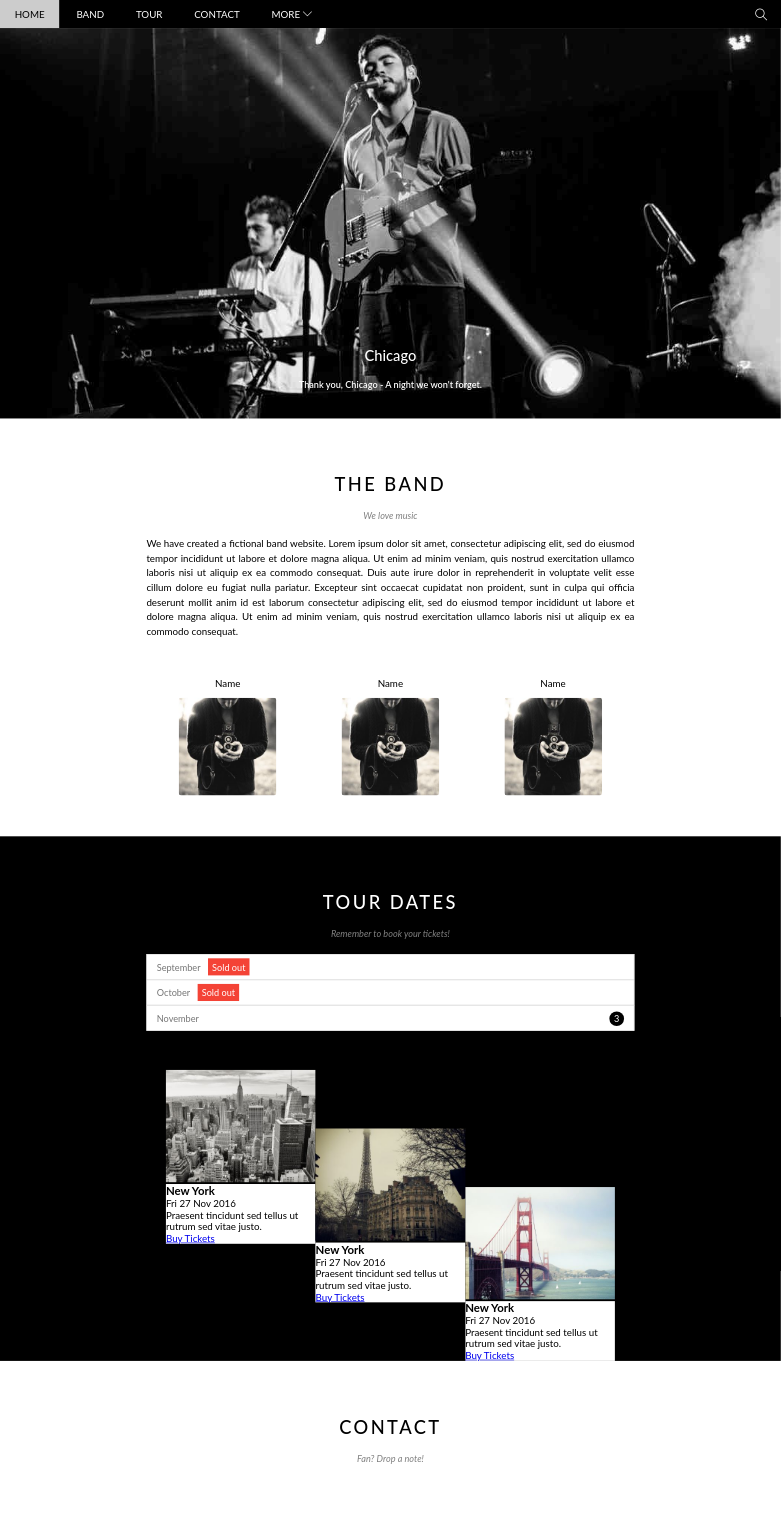
Repository: tatvanhco/web-dau-tay
Page: index.html
These files come from the project's save history. The page is drawn as it stood at one moment and after the next save; the edit follows.
The browser window is 1280 px wide. The pictures show the whole page, at 61% of full size.

Above is the page before, as saved 2022-01-23 20:15:26.

After the next save:
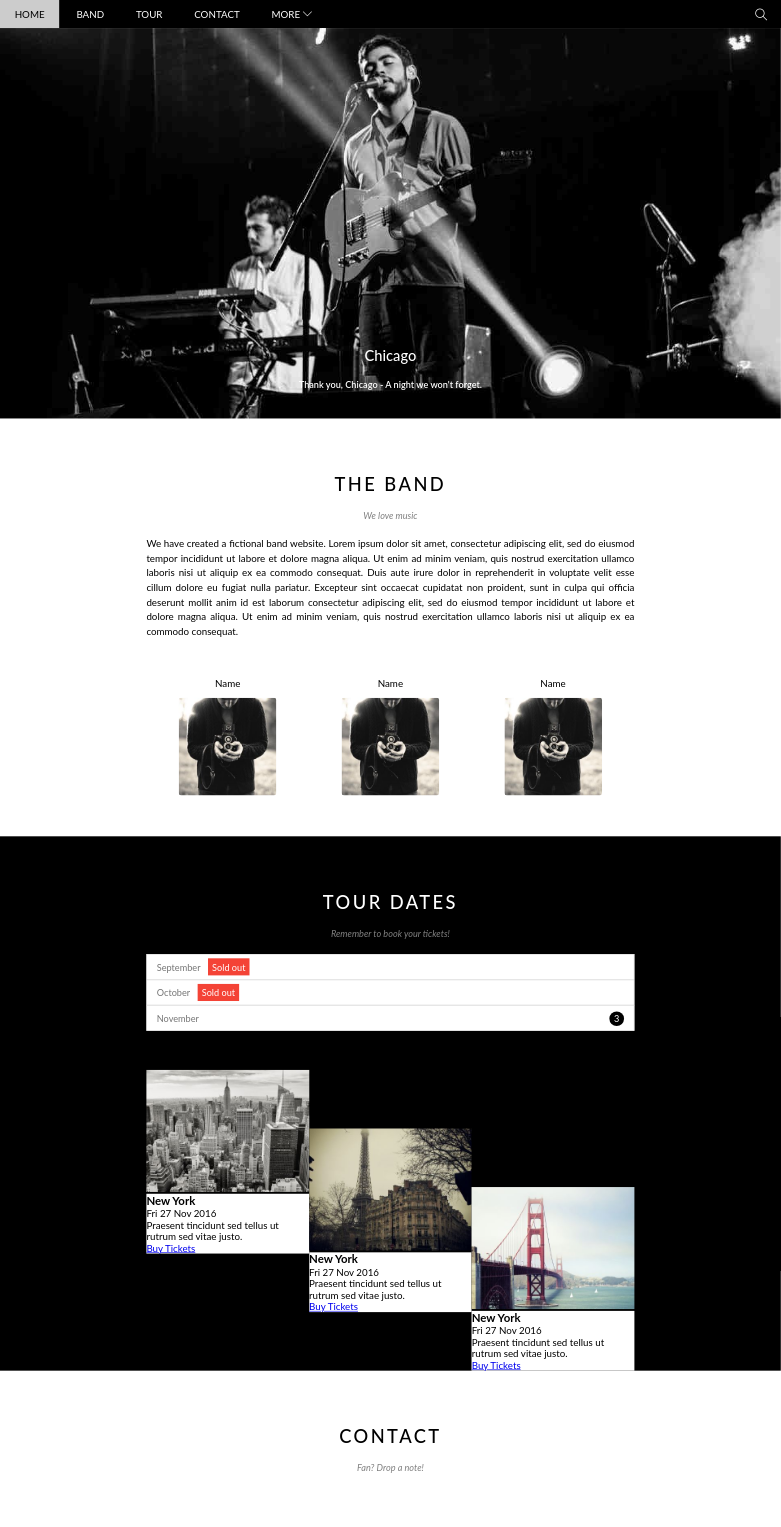
Saved 21 s later.
--- a/assets/css/style.css
+++ b/assets/css/style.css
@@ -214,7 +214,7 @@ body {
 
 .place-list {
     margin-top: 32px;
-    padding: 32px;
+    padding: 32px 0;
 }
 
 .place-item {
